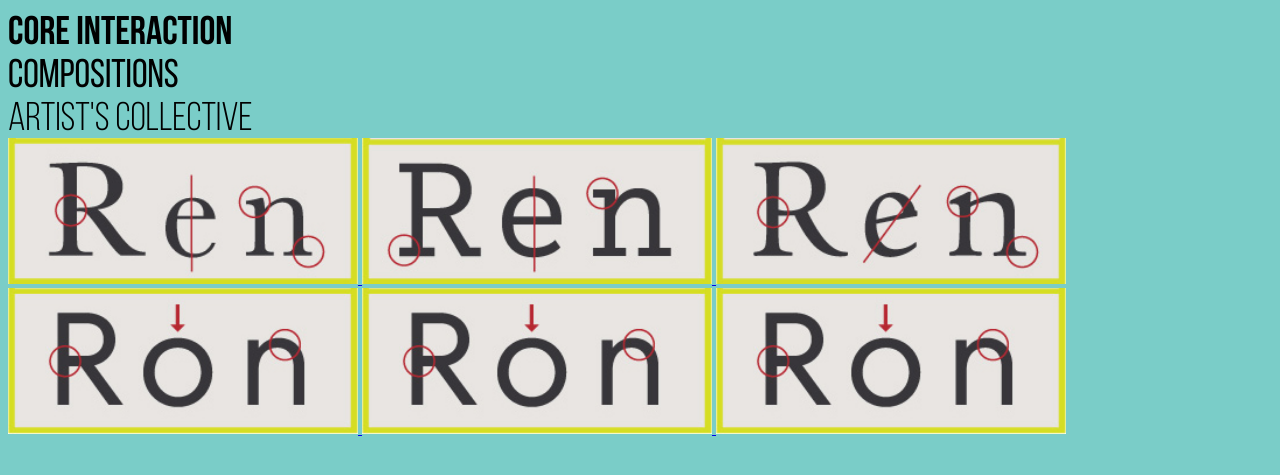
Repository: diasm568/diasm568.github.io
Page: lab/archive/index.html
The author's editor kept a record of every edit. The page is drawn from the files as they stood at one moment, then again after the next edit.
The browser window is 1280 px wide. The pictures show the whole page.

Above is the page before.

After the next edit:
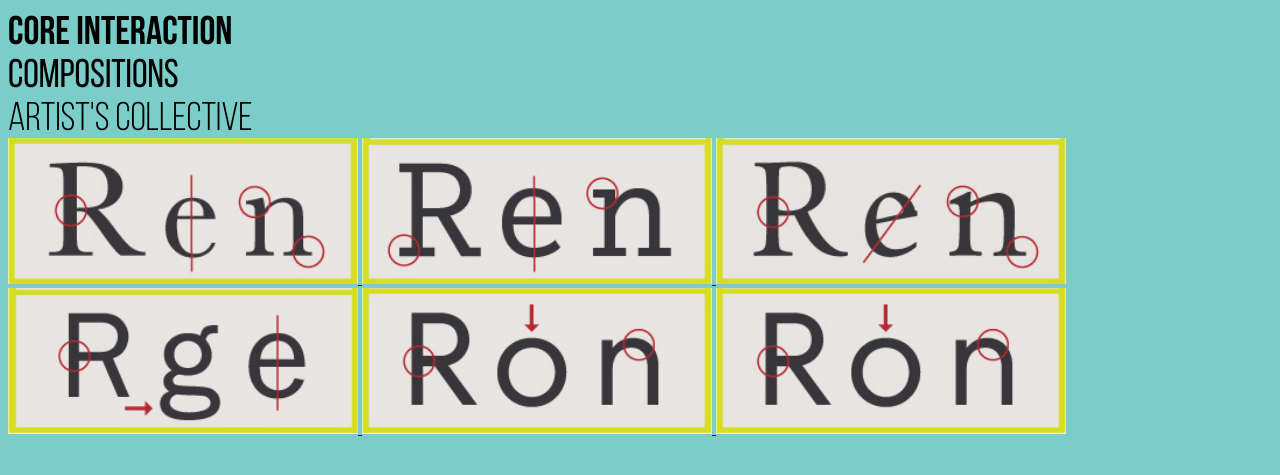
The edit:
--- a/lab/archive/index.html
+++ b/lab/archive/index.html
@@ -33,7 +33,7 @@
     </a>
 
     <a href="#grotesque" class= "post" style= top:10px;>
-        <img src="geometric.jpg" alt="home" style="width:350px;height:146px">
+        <img src="grotesque.jpg" alt="home" style="width:350px;height:146px">
     </a>
 
     <a href="#geometric" class= "post" style= top:10px;>
